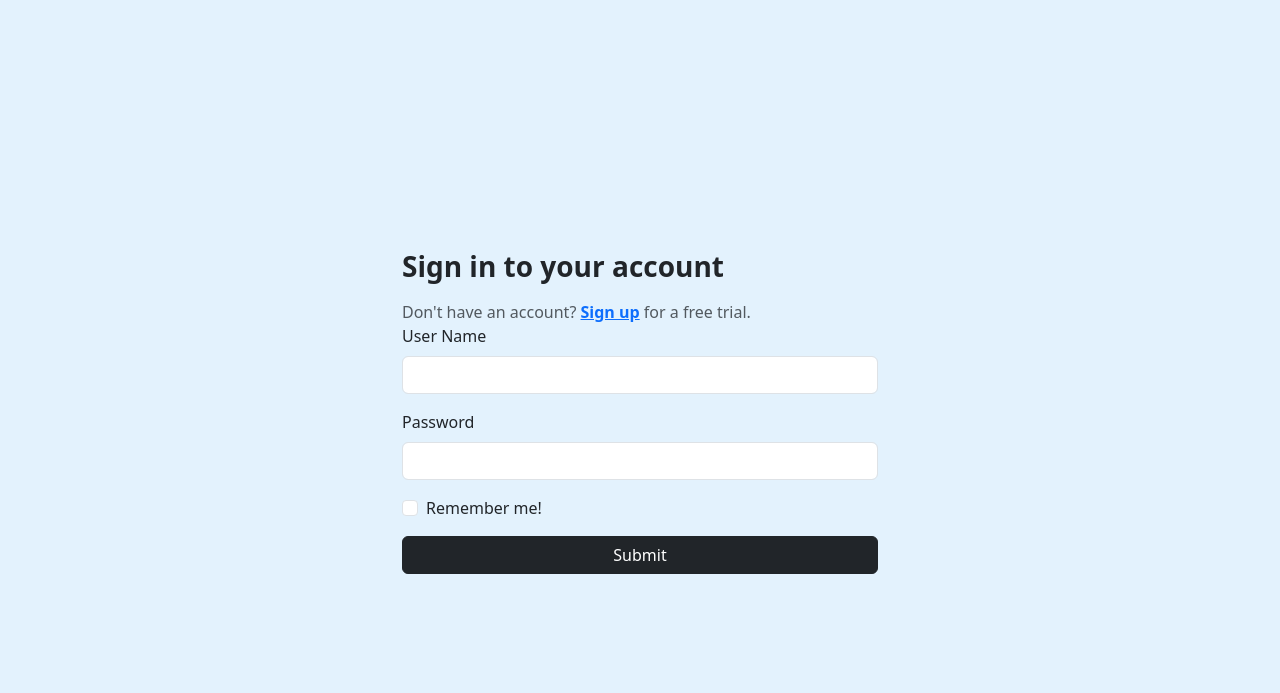
Repository: tranhuuan1703/BaiTapServlet
Page: http://localhost/bai_tap_jsp_servlet/loginPageController
An editor plug-in stored every save of this project. The page is shown before and after the next save, followed by the edit.
The browser window is 1280 px wide. The pictures show the whole page.
The page is served by Tomcat 9.

Above is the page before, as saved 2024-08-14 06:40:02.

After the next save:
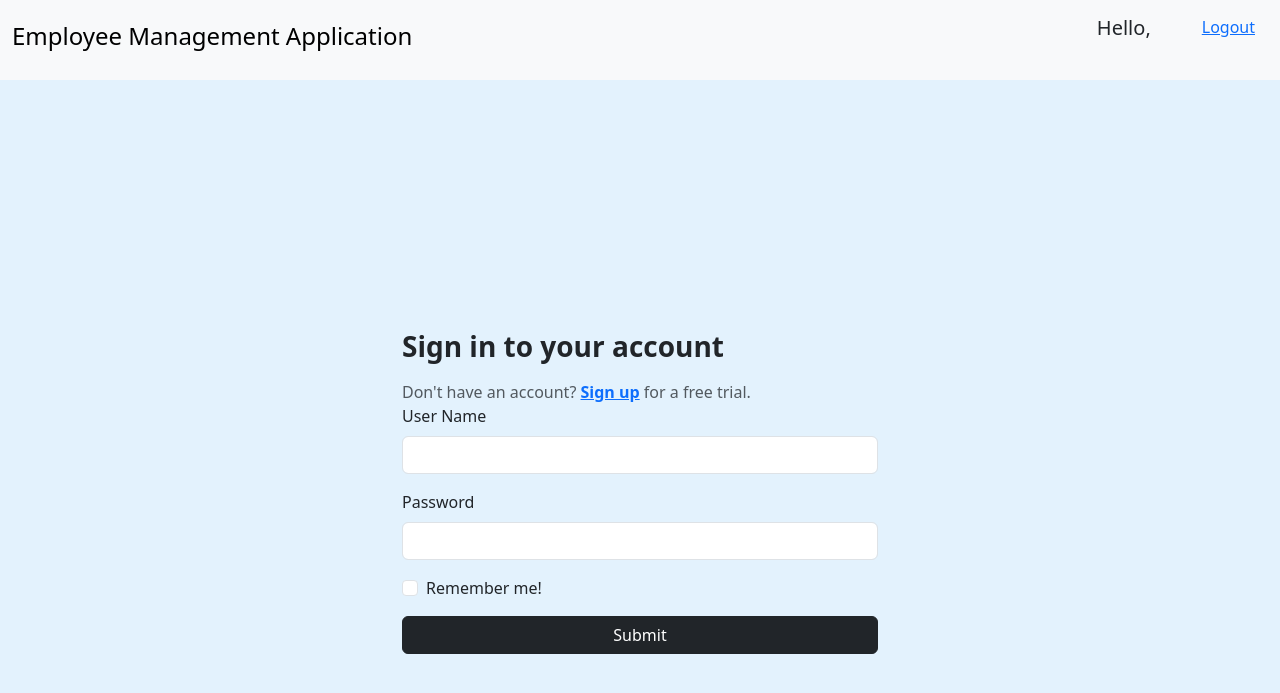
Saved 44 s later.
--- a/bai_tap_jsp_servlet/bai_tap_jsp_servlet/src/main/webapp/views/login.jsp
+++ b/bai_tap_jsp_servlet/bai_tap_jsp_servlet/src/main/webapp/views/login.jsp
@@ -37,6 +37,9 @@
 
 
 	%>
+
+	<jsp:include page="header.jsp"></jsp:include>
+
 	<div class="container" style="margin-top:250px; width:500px">
 		 <div class="w-md-50 mx-auto px-10 px-md-0 py-10">
 

After the save that followed:
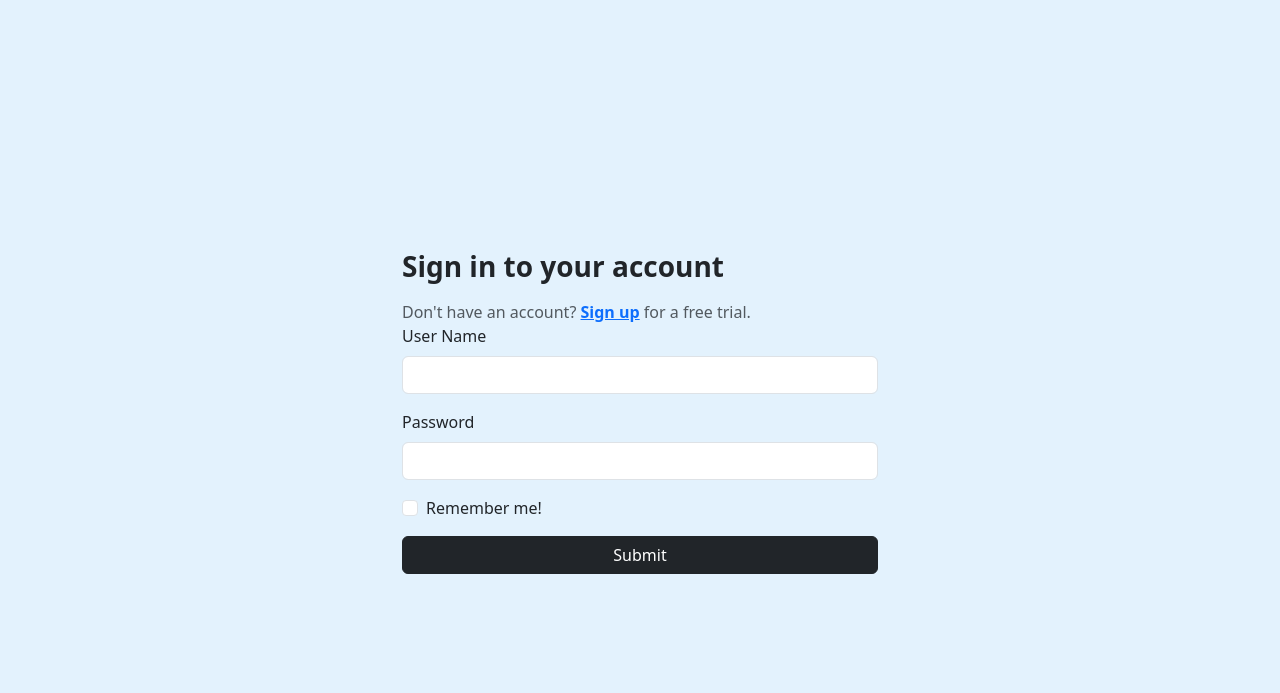
Saved 47 s later.
--- a/bai_tap_jsp_servlet/bai_tap_jsp_servlet/src/main/webapp/views/login.jsp
+++ b/bai_tap_jsp_servlet/bai_tap_jsp_servlet/src/main/webapp/views/login.jsp
@@ -38,7 +38,7 @@
 
 	%>
 
-	<jsp:include page="header.jsp"></jsp:include>
+
 
 	<div class="container" style="margin-top:250px; width:500px">
 		 <div class="w-md-50 mx-auto px-10 px-md-0 py-10">
